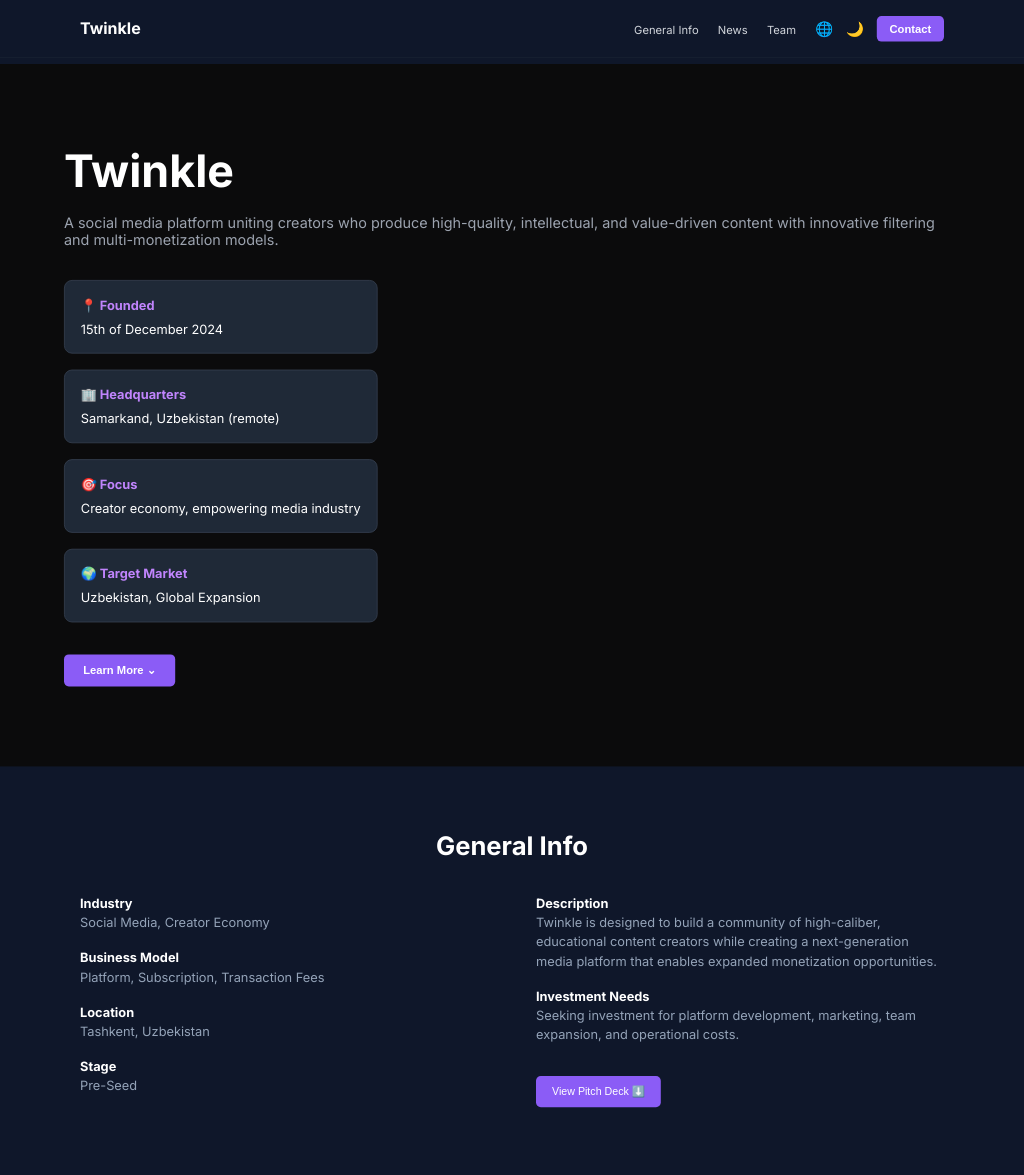
Repository: techboy-33/Twinkle-web
Page: index.html
An editor plug-in stored every save of this project. The page is shown before and after the next save, followed by the edit.
The browser window is 1280 px wide. The pictures show the whole page, at 80% of full size.

Above is the page before, as saved 2025-05-12 10:43:56.

After the next save:
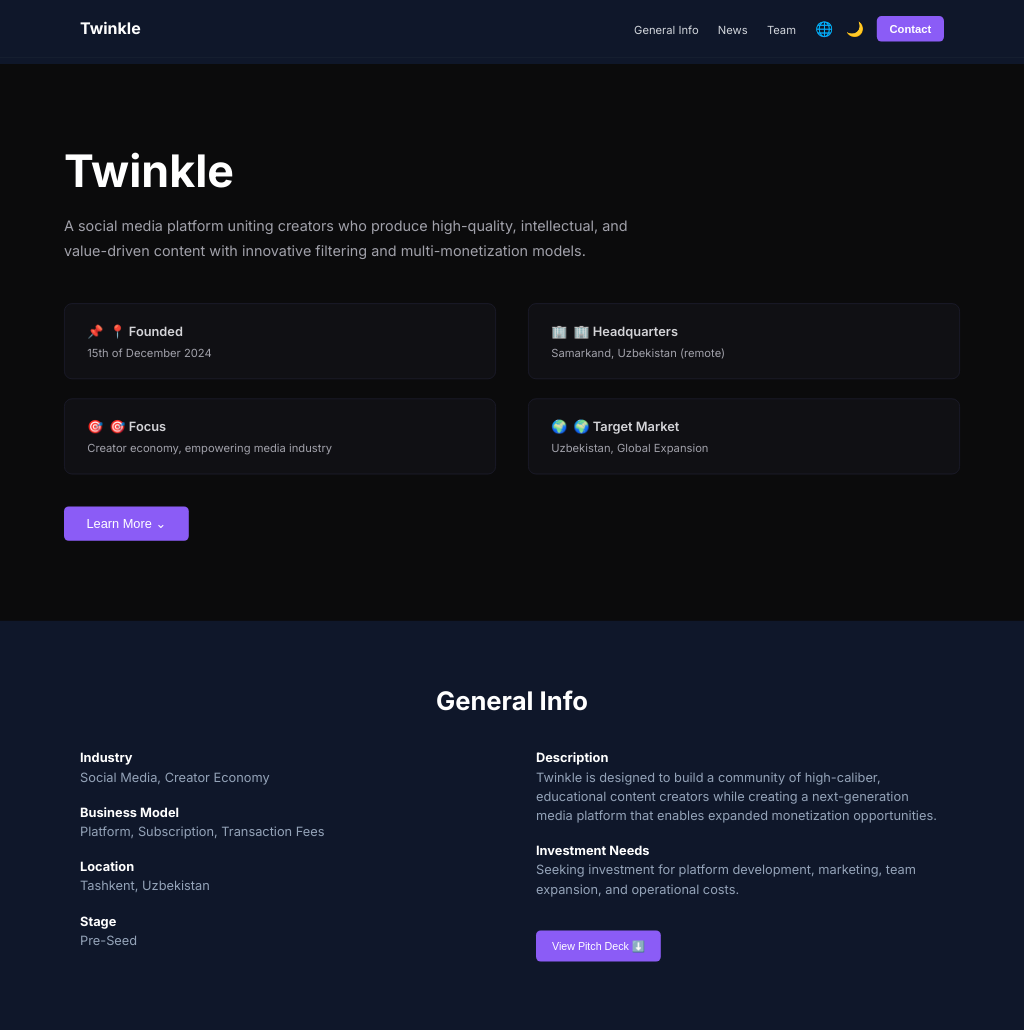
Saved 3 min 36 s later.
--- a/styles.css
+++ b/styles.css
@@ -115,40 +115,74 @@
 
 .subtitle {
   font-size: 18px;
-  color: #9ca3af;
-  margin-bottom: 40px;
+  max-width: 720px;
+  color: #a1a1aa;
+  margin-bottom: 50px;
+  line-height: 1.7;
 }
 
 .info-grid {
   display: grid;
-  grid-template-columns: repeat(auto-fit, minmax(260px, 1fr));
-  gap: 20px;
+  grid-template-columns: repeat(2, 1fr);
+  gap: 24px 40px;
+  width: 100%;
   margin-bottom: 40px;
 }
 
 .info-card {
-
-  background-color: #1f2937;
-  padding: 20px;
+  background-color: #101014;
+  padding: 24px 28px;
+  border: 1px solid #1e1e2e;
   border-radius: 10px;
-  border: 1px solid #374151;
+  display: flex;
+  flex-direction: column;
+  gap: 8px;
 }
 
 .info-card h3 {
   font-size: 16px;
-  color: #c084fc;
-  margin-bottom: 10px;
+  color: #d4d4d8;
+  font-weight: 600;
+  display: flex;
+  align-items: center;
+  gap: 8px;
+}
+
+.info-card h3::before {
+  content: '📌';
+  color: #a855f7;
+}
+
+.info-card:nth-child(2) h3::before {
+  content: '🏢';
+}
+
+.info-card:nth-child(3) h3::before {
+  content: '🎯';
+}
+
+.info-card:nth-child(4) h3::before {
+  content: '🌍';
+}
+
+.info-card p {
+  font-size: 14px;
+  color: #a1a1aa;
 }
 
 .learn-btn {
   background-color: #8b5cf6;
   color: white;
-  border: none;
-  padding: 12px 24px;
-  font-weight: 600;
+  padding: 12px 28px;
+  font-size: 16px;
   border-radius: 6px;
-  cursor: pointer;
-  font-size: 14px;
+  border: none;
+  cursor: pointer;
+  transition: background 0.3s ease;
+}
+
+.learn-btn:hover {
+  background-color: #7c3aed;
 }
 
 /* General Info Section */
